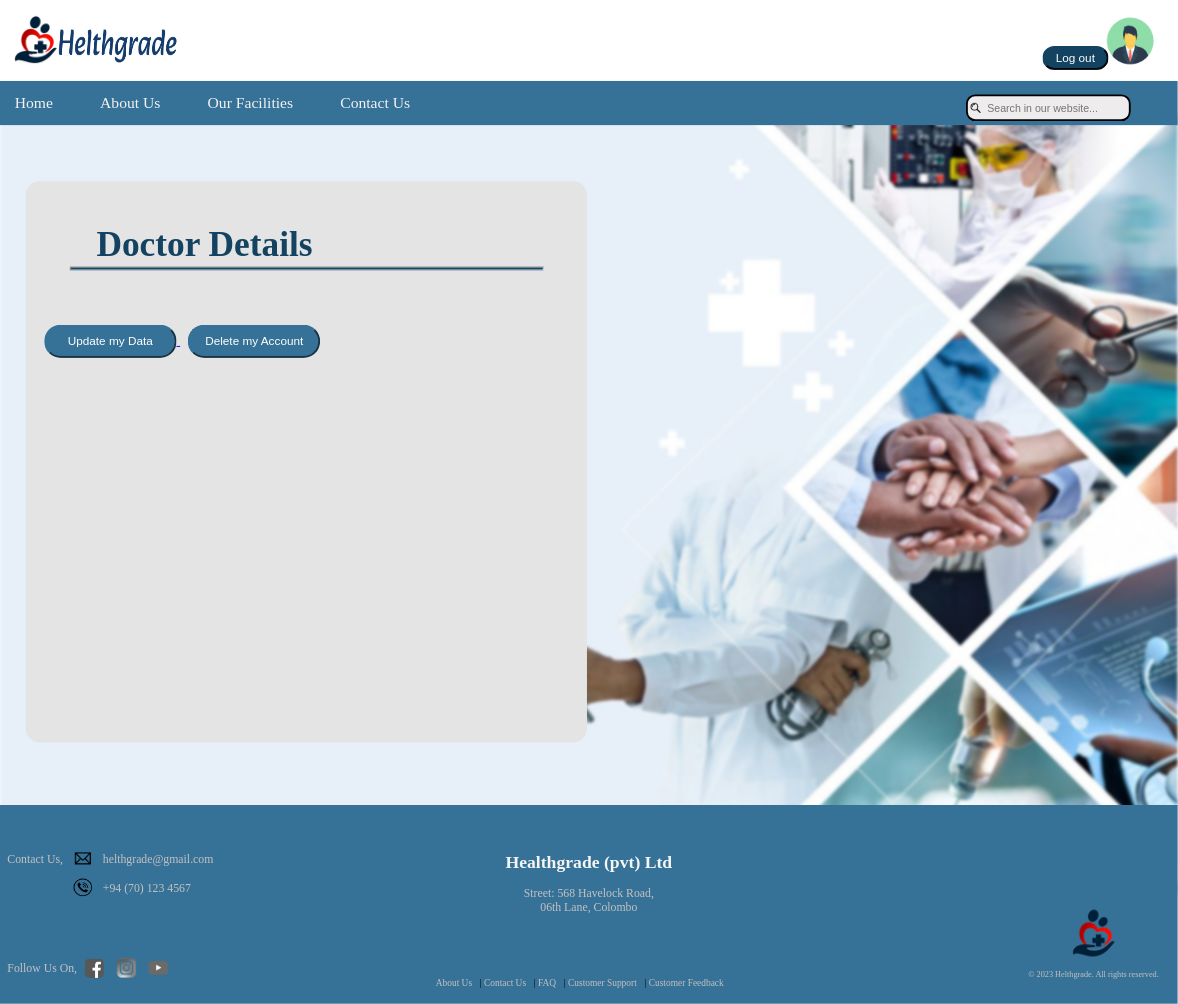
Repository: ILWijewardhana/echannelling-System
Page: http://localhost/echanneling/Doctor.jsp
The author's editor kept a copy of each file at every save. The page is drawn from the files as they stood at one save, then again after the next save.
The browser window is 1280 px wide. The pictures show the whole page, at 92% of full size.
The page is served by Tomcat 9. The template is opened directly, without the code that normally fills it, so the values that code supplies are empty.

Above is the page before, as saved 2024-05-13 18:07:55.

After the next save:
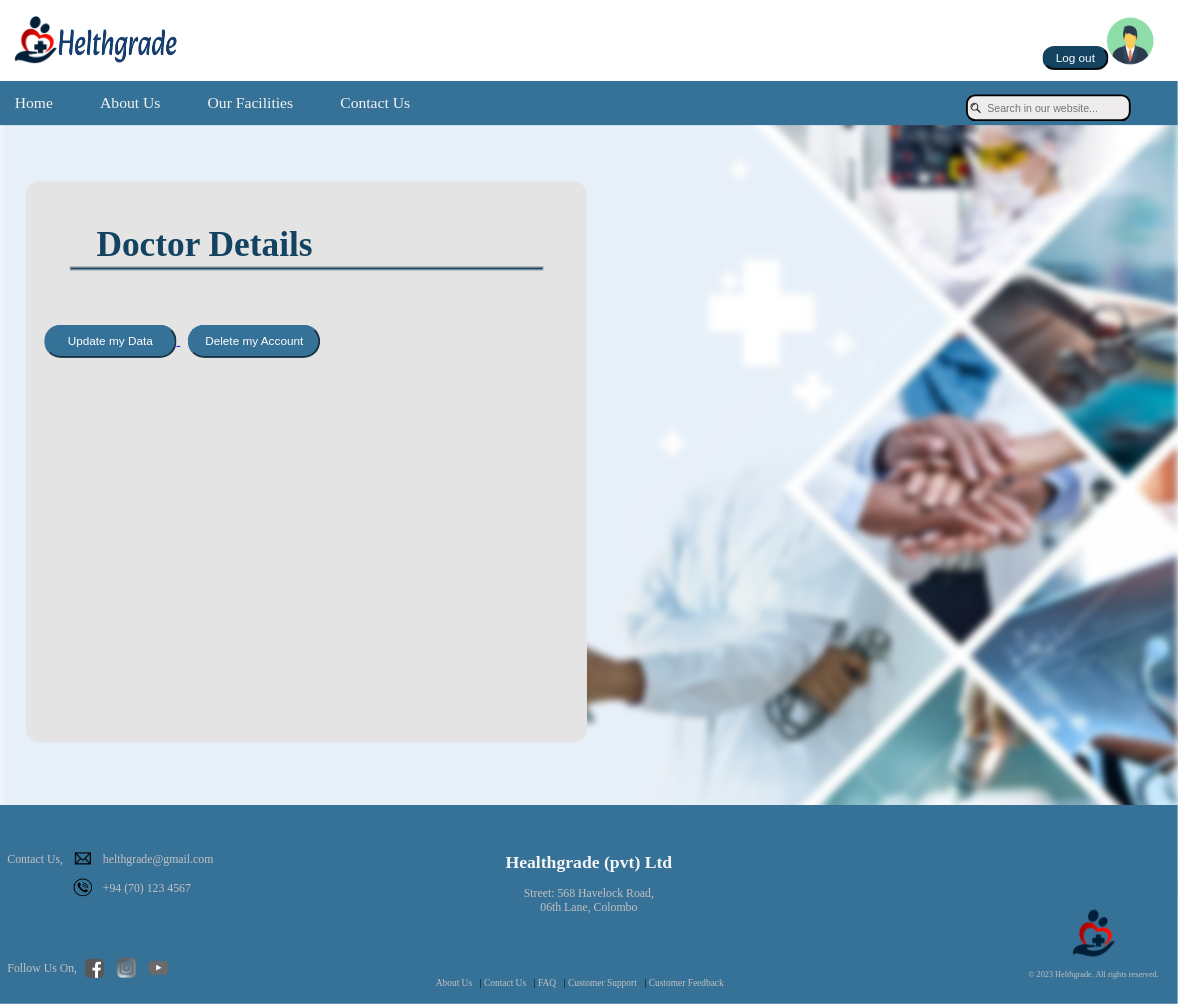
Saved 45 s later.
--- a/echanneling/src/main/webapp/CSS/doctor.css
+++ b/echanneling/src/main/webapp/CSS/doctor.css
@@ -17,7 +17,7 @@ body{
 	background-repeat: no-repeat;
 	background-size: cover;
 	z-index: -1;
-	filter:blur(2px);
+	filter:blur(4px);
 }
 
 #logo{
